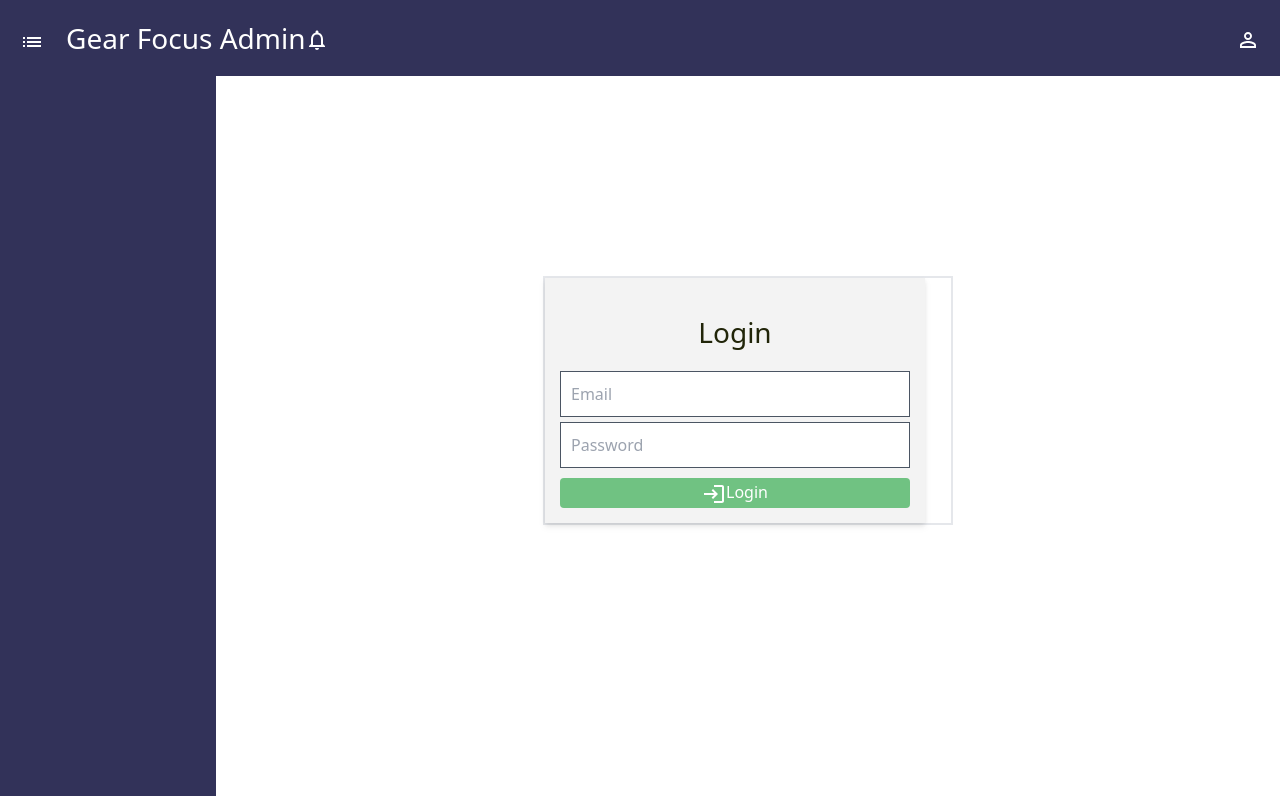
Repository: Kiendz3202/projectFinalPGS
Page: /home
These files come from the project's save history. The page is drawn as it stood at one moment and after the next save; the edit follows.
The browser window is 1280 px wide. The pictures show the whole page.
The project was rebuilt for these pictures with package versions that can differ from the ones it lists, and the page was loaded fresh each time. Also part of the build but not shown: src/App.css, src/pages/HomePage.tsx.

Above is the page before, as saved 2022-03-07 22:57:37.

After the next save:
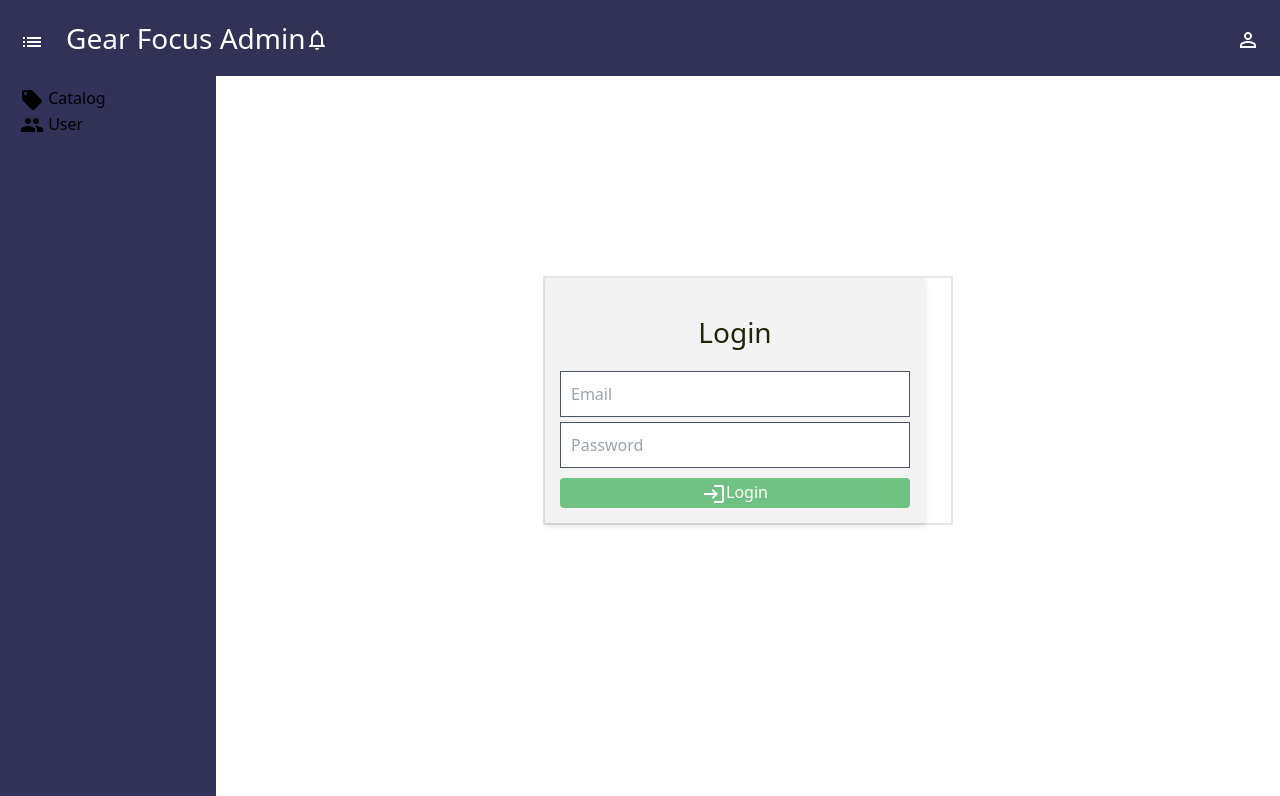
Saved 2 min 11 s later.
--- a/src/components/navbar/Navbar.tsx
+++ b/src/components/navbar/Navbar.tsx
@@ -1,9 +1,14 @@
 import React from 'react'
+import GroupIcon from '@mui/icons-material/Group';
+import LocalOfferIcon from '@mui/icons-material/LocalOffer';
 
 function Navbar() {
   return (
     <div className=' w-[216px] max-w-[216px] px-[20px] py-[10px] h-screen bg-[#323259]'>
-
+        <ul>
+            <li><LocalOfferIcon /> Catalog</li>
+            <li><GroupIcon /> User</li>
+        </ul>
     </div>
   )
 }
